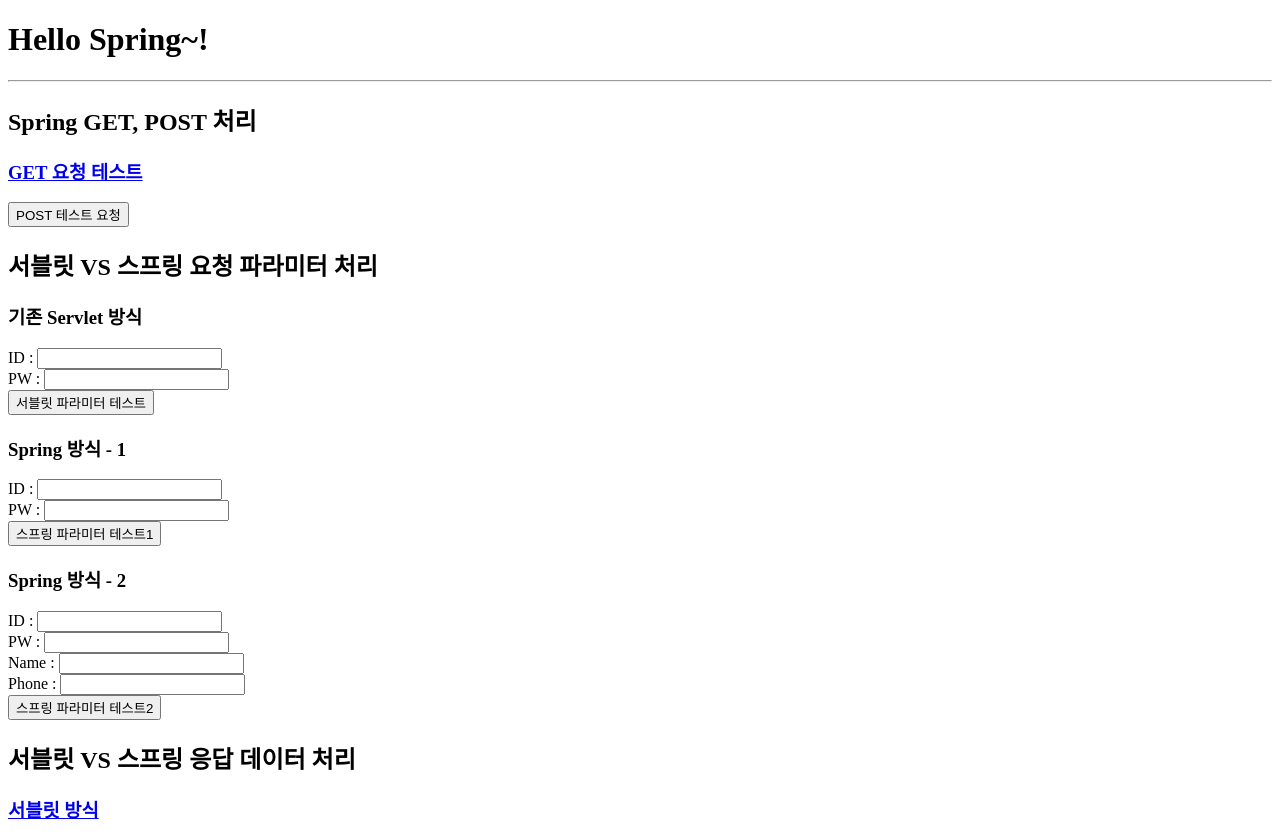
Repository: wona-owo/Spring
Page: http://localhost/00_spring/
The author's editor kept a copy of each file at every save. The page is drawn from the files as they stood at one save, then again after the next save.
The browser window is 1280 px wide. The pictures show the whole page.
The page is served by Tomcat 9. Other server files are loaded and not shown.

Above is the page before, as saved 2024-12-02 05:33:43.

### 00_spring/src/main/webapp/index.jsp
<%@ page language="java" contentType="text/html; charset=UTF-8"
    pageEncoding="UTF-8"%>
<!DOCTYPE html>
<html>
<head>
<meta charset="UTF-8">
<title>Insert title here</title>
</head>
<body>
	<h1>Hello Spring~!</h1>

	<%--

	Framework : 개발에 필요한 기본적인 기능들을 일정한 구조와 규칙대로 미리 구현해둔 틀
	            개발자가 효율적으로 애플리케이션을 만들 수 있도록 재사용 가능한 코드들과 도구들의 집합.

    Spring Framework : Java 기반의 엔터프라이즈급(기업용 or 대규모) 애플리케이션을 개발하기 위한 경량 프레임워크

    Maven : 자바용 프로젝트 빌드 관리 도구.
            기존 라이브러리 파일들을 다운로드 받아서 /WRB-INF/lib 추가하는 방식에서,
            pom.xml (Project Object Model) 파일에 자바 버전이나 라이브러리 버전 정보를 추가해서 통합하여 관리하는 방식.

    Ioc와 DI

    - Ioc (Inversion of Control) : 제어의 역전 or 제어의 역행이라는 의미.
    							   Spring framework에서 객체들을 Bean이라고 얘기한다.
    							   프로그램 구동에 필요한 객체들을 IoC 컨테이너가 관리한다.
    - DI : 의존성 주입이라는 의미를 가짐. IoC 컨테이너가 관리하는 Bean을 자동으로 읽어와 객체에 주입

	Spring MVC
	  - DispatcherServlet : 유일한 서블랫 클래스로써, 클라이언트 요청이 들어오면 컨트롤러에 해당 요청을 위임하는 역할
	  - HandlerMapping : 각 컨트롤러 메소드별 URL 정보를 가지고 있다가, DispatcherServlet이 적절한 컨트롤러에 요청할 수 있도록 지원함.
	  - Controller : 클라이언트 요청에 대해 처리하고, 적절한 View나 Model을 반환하는 역할.
	  - ViewResolver : 컨트롤러가 반환하는 논리적인 뷰 이름을 실제 뷰 페이지 경로로 변환하는 역할.
	 --%>

	 <hr>

	 <h2>Spring GET, POST 처리</h2>

	 <h3><a href="/getTest.kh">GET 요청 테스트</a></h3>
	 <form action="/postTest.kh" method="post">
	 	<input type="submit" value="POST 테스트 요청">
	 </form>
	 <%--*.kh로 세팅해놨기 때문에, kh를 붙인다. (컨트롤러로 요청) --%>

	 <h2>서블릿 VS 스프링 요청 파라미터 처리</h2>

	 <h3>기존 Servlet 방식</h3>
	 <form action="/servletParamTest.kh" method="get">
	 	ID : <input type="text" name="testId"> <br>
	 	PW : <input type="text" name="testPw"> <br>
	 	<input type="submit" value="서블릿 파라미터 테스트">
	 </form>

	 <h3>Spring 방식 - 1</h3>
	 <form action="/springParamTest.kh" method="post">
	 	ID : <input type="text" name="testId"> <br>
	 	PW : <input type="text" name="testPw"> <br>
	 	<input type="submit" value="스프링 파라미터 테스트1">
	 </form>

	 <h3>Spring 방식 - 2</h3>
	 <form action="/springParamTest2.kh" method="post">
		ID : <input type="text" name="memberId"> <br>
	 	PW : <input type="text" name="memberPw"> <br>
	 	Name : <input type="text" name="memberName"> <br>
	 	Phone : <input type="text" name="memberPhone"> <br>
	 	<input type="submit" value="스프링 파라미터 테스트2">
	 </form>

	 <h2> 서블릿 VS 스프링 응답 데이터 처리</h2>

	 <h3><a href="/servletResponseTest.kh">서블릿 방식</a></h3>


</body>
</html>

After the next save:
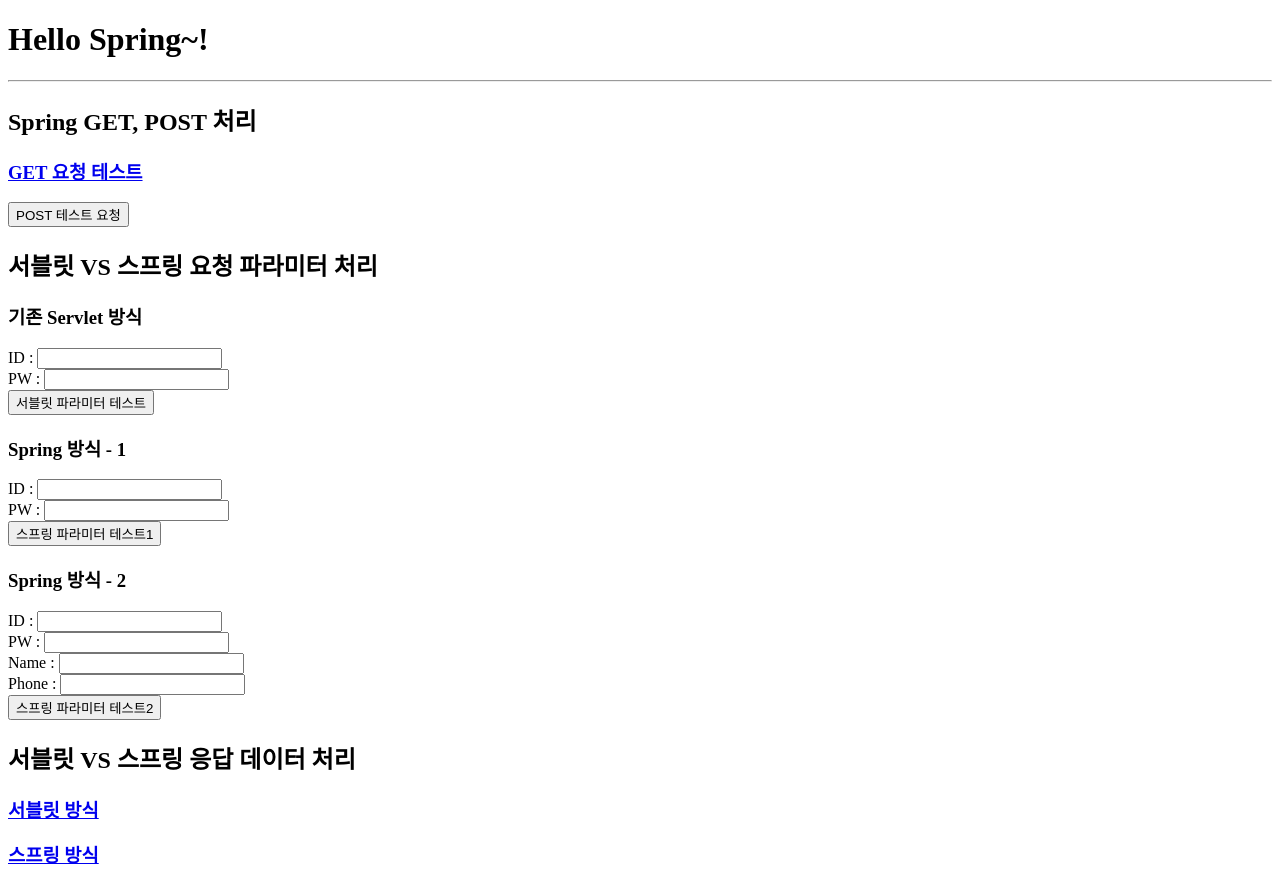
Saved 87 s later.
--- a/00_spring/src/main/webapp/index.jsp
+++ b/00_spring/src/main/webapp/index.jsp
@@ -72,6 +72,7 @@
 	 <h2> 서블릿 VS 스프링 응답 데이터 처리</h2>
 
 	 <h3><a href="/servletResponseTest.kh">서블릿 방식</a></h3>
+	 <h3><a href="/springResponseTest.kh">스프링 방식</a></h3>
 
 
 </body>
